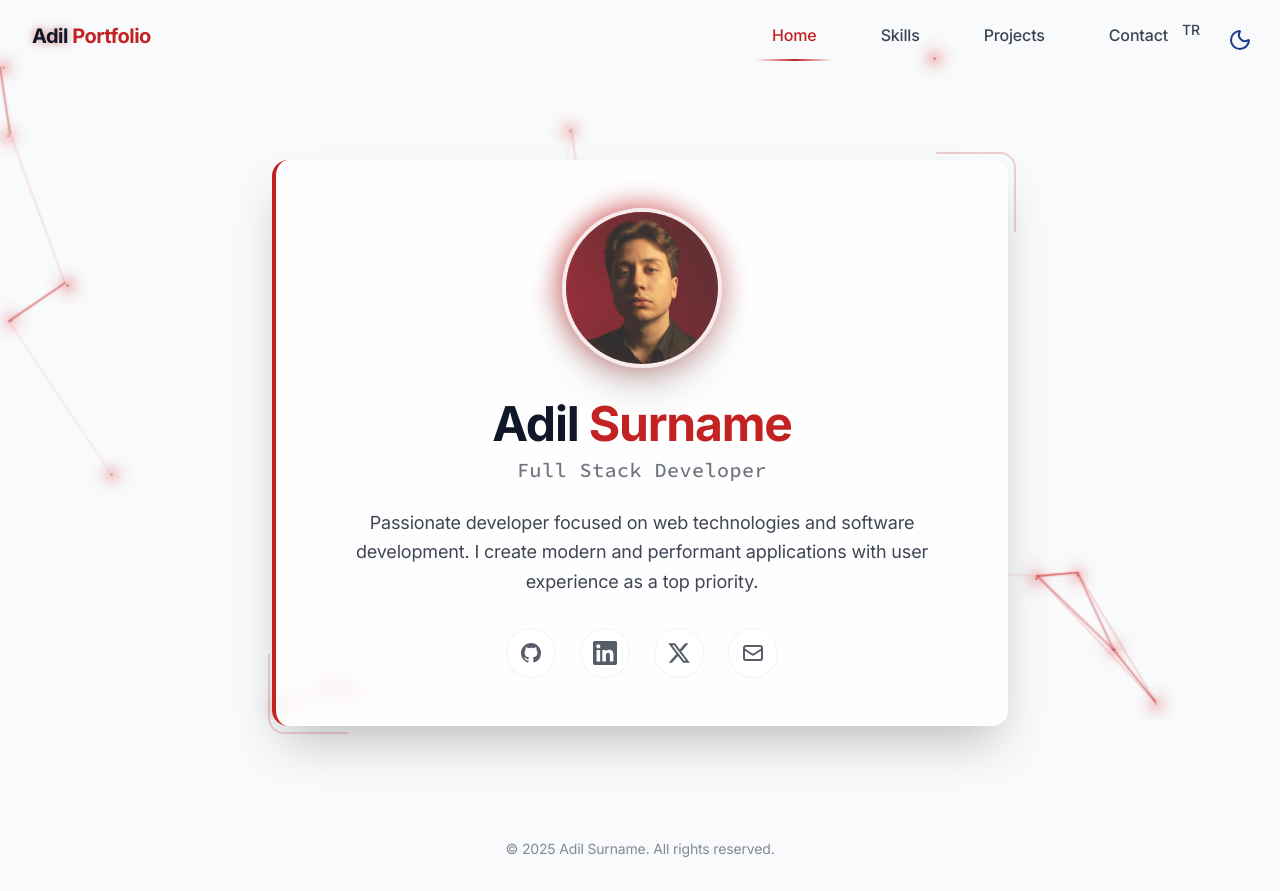
Repository: jusiann/personal-portfolio
Page: / (app in my-portfolio/)
An editor plug-in stored every save of this project. The page is shown before and after the next save, followed by the edit.
The browser window is 1280 px wide. The pictures show the whole page.
The project was rebuilt for these pictures with package versions that can differ from the ones it lists, and the page was loaded fresh each time. Also part of the build but not shown: my-portfolio/vite.config.js, my-portfolio/src/pages/Skills.jsx, my-portfolio/src/pages/Projects.jsx, my-portfolio/src/pages/Contact.jsx, my-portfolio/src/pages/NotFound.jsx.

Above is the page before, as saved 2025-11-19 23:02:38.

After the next save:
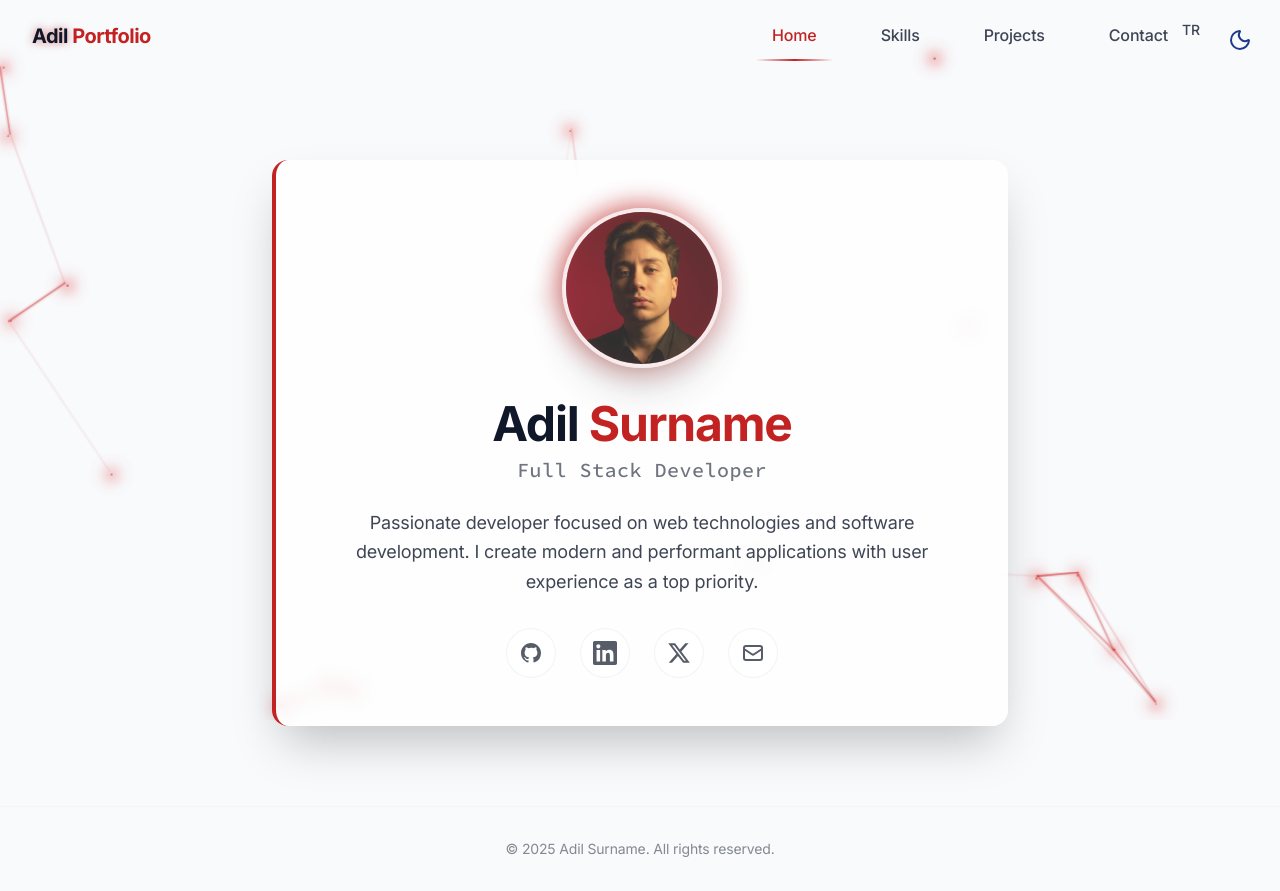
Saved 59 s later.
--- a/my-portfolio/src/components/ProfileCard.jsx
+++ b/my-portfolio/src/components/ProfileCard.jsx
@@ -25,40 +25,6 @@ export const ProfileCard = ({ children }) => {
                 <div className="relative z-10">
                     {children}
                 </div>
-
-                {/* Dekoratif köşe elementleri */}
-                <div
-                    className="
-                        absolute
-                        -top-2
-                        -right-2
-                        w-20
-                        h-20
-                        border-t-2
-                        border-r-2
-                        border-primary/20
-                        rounded-tr-2xl
-                        transition-all
-                        duration-300
-                        group-hover:border-primary/40
-                    "
-                />
-                <div
-                    className="
-                        absolute
-                        -bottom-2
-                        -left-2
-                        w-20
-                        h-20
-                        border-b-2
-                        border-l-2
-                        border-primary/20
-                        rounded-bl-2xl
-                        transition-all
-                        duration-300
-                        group-hover:border-primary/40
-                    "
-                />
             </div>
 
             {/* Ambient glow efekti */}
